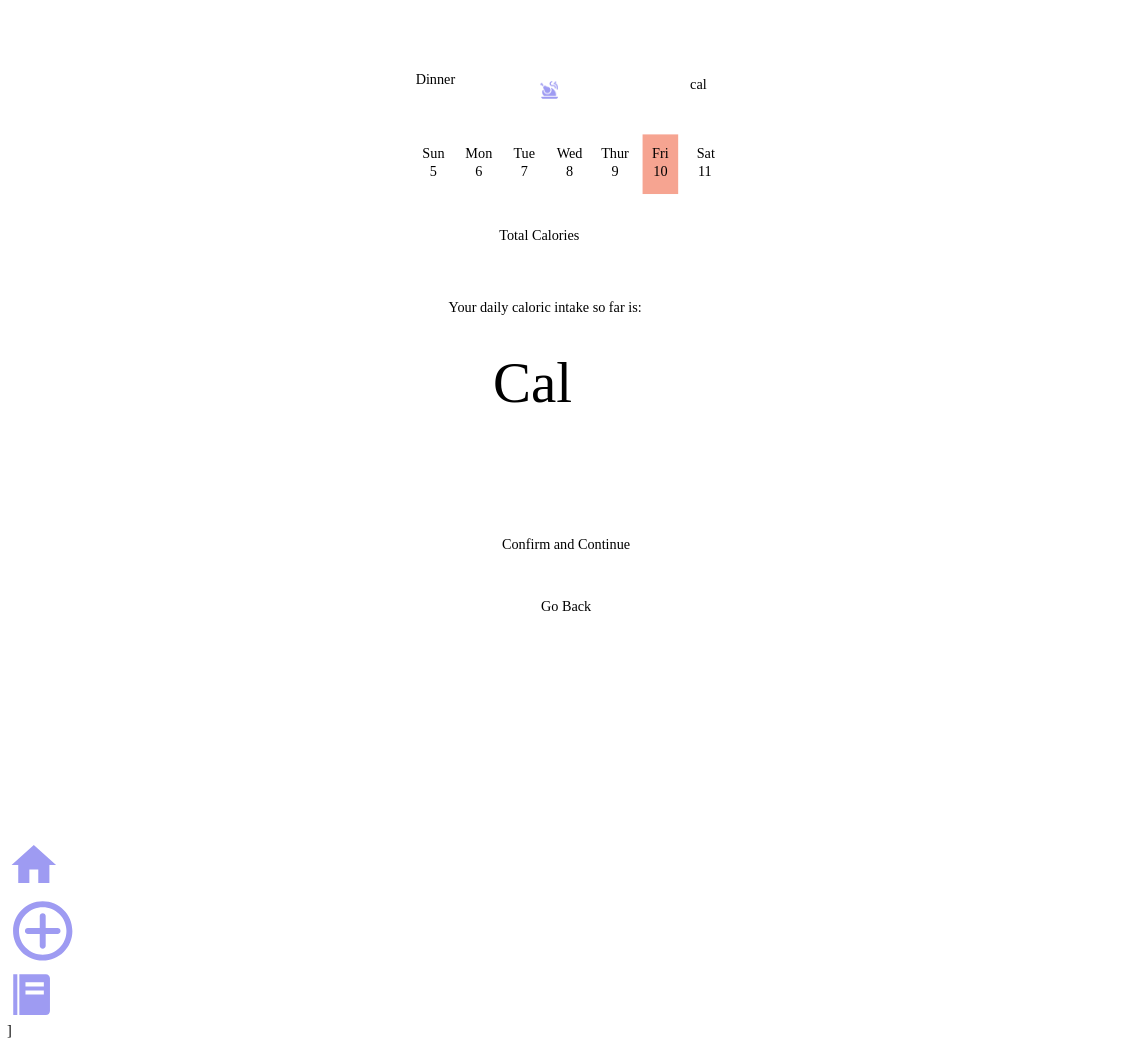
Repository: MeowCeline00/G5-Calorie-Tracker
Page: DinnerCalCounter/index.html
The author's editor kept a copy of each file at every save. The page is drawn from the files as they stood at one save, then again after a run of saves.
The browser window is 1280 px wide. The pictures show the whole page, at 89% of full size.

Above is the page before, as saved 2024-05-26 14:17:53.
Console error: ReferenceError: renderLandingPage is not defined

After the next 5 saves:
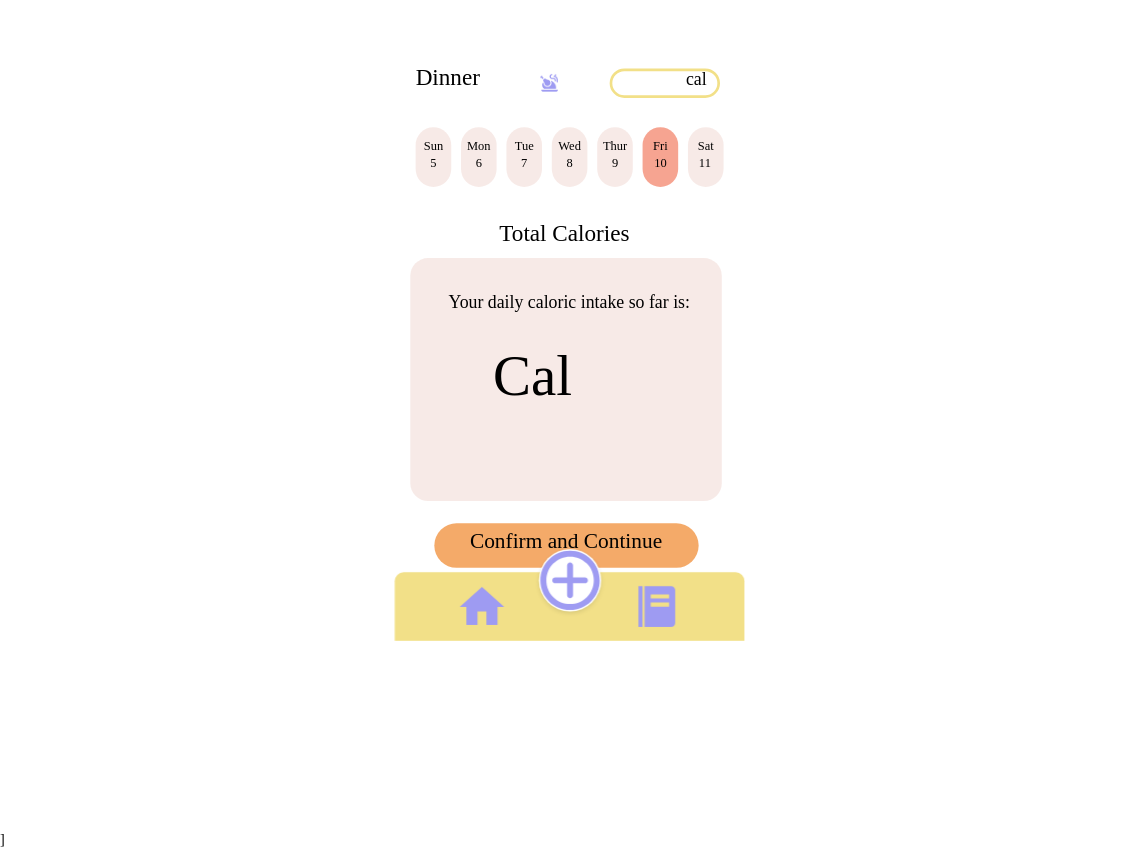
The 5 saves are shown as one change because they came seconds apart.
The last was saved 14 s later.
--- a/DinnerCalCounter/index.html
+++ b/DinnerCalCounter/index.html
@@ -5,7 +5,8 @@
   	<meta name="viewport" content="initial-scale=1, width=device-width">
 
   	<link rel="stylesheet" href="/DinnerCalCounter/index.css" />
-  	<link rel="stylesheet"  href="/index.css" />
+  	<link rel="stylesheet"  href="/DinnerCalCounter/global.css" />
+	<link rel="stylesheet" href="/styles/Home.css">
 
 </head>
 <body>
